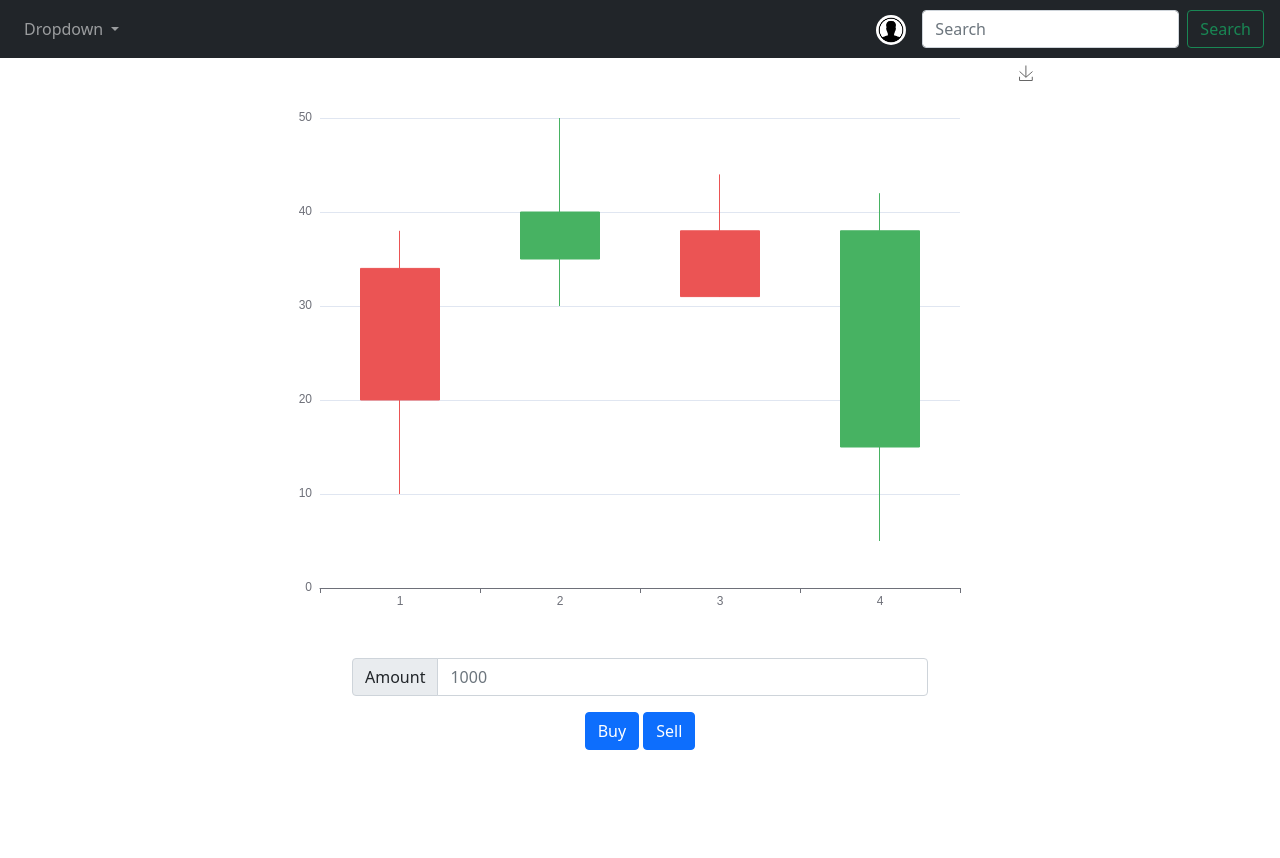
Repository: CSCI-3308-CU-Boulder/3308SP21_024_5
Page: Code/game.html
An editor plug-in stored every save of this project. The page is shown before and after the next save, followed by the edit.
The browser window is 1280 px wide. The pictures show the whole page.
The page's requests for data from a server got no answer. Some web libraries are served in a nearby version.

Above is the page before, as saved 2021-03-31 19:48:12.

After the next save:
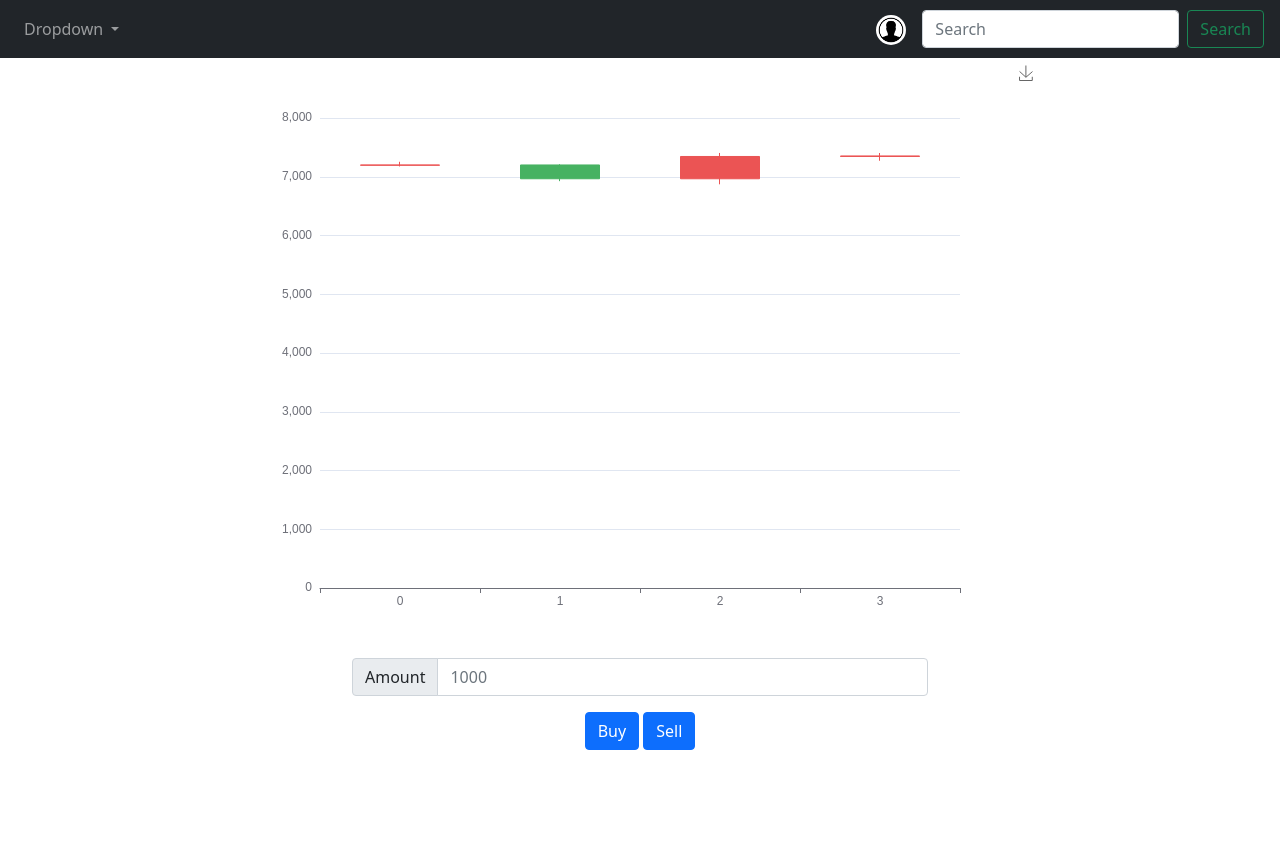
Saved 25 s later.
--- a/Code/game.html
+++ b/Code/game.html
@@ -59,19 +59,22 @@
             var toastList = toastElList.map(function (toastEl) {
             return new bootstrap.Toast(toastEl, option)
             })
+            var date = [0,1,2,3]
 
+                            //open, close, highest, lowest
 
-            var date = [1,2,3,4]
-                            //open, close, highest, lowest
-            var stock_data = [[20, 34, 10,38],
-                            [40, 35, 30, 50],
-                            [31, 38, 33, 44],
-                            [38, 15, 5, 42]]
+            var stock_data = [[7195.24, 7200.85, 7255, 7175.15],
+                            [7200.77, 6965.71, 7212.5, 6924.74],
+                            [6965.49, 7344.96, 7405, 6871.04],
+                            [7345, 7354.11, 7404, 7272.21]]
+            console.log(arrC)
+            var store_data = arrC
 			const myChart = echarts.init(document.getElementById('main'));
             myChart.resize({
                 width: 800,
                 height: 600
             })
+
 			 option = {
 				toolbox: { feature: { saveAsImage: {} } },
 				xAxis: { type: 'category', data: date },
@@ -88,16 +91,12 @@
             var sell_price;
             var buy_price;
             //generate random data and plot
+            var count_day = 4
             function painting(){
-                var temp = []
-                for(i = 0; i < 4; i++){
-                    temp.push(Math.random()*100)
-                }
-                sell_price = temp[2]//always sell at highest price
-                buy_price = temp[0]
-                stock_data.push(temp)
+                //setTimeout(myChart.setOption(option), 2000)
                 date.push(date[date.length-1] +1)
-                //setTimeout(myChart.setOption(option), 2000)
+                stock_data.push(store_data[count_day])
+                console.log(stock_data)
                 option = {
                     toolbox: { feature: { saveAsImage: {} } },
                     xAxis: { type: 'category', data: date },
@@ -110,19 +109,22 @@
                     ],
                 };
                 myChart.setOption(option);
+                count_day ++
             }
             //start buying stock, plot starts generated
             function startLoop(){
                 to_cancel = setInterval(painting,500)
-
+                buy_price = stock_data[count_day-1][0]
             }
             //sell the stock, painting stops
             function endLoop(){
+
                 clearInterval(to_cancel)
                 calProfit()
             }
             //calculate the profit
             function calProfit(){
+                sell_price = stock_data[count_day-1][1]
                 profit = 0
                 temp = document.getElementById("user-amount").value
                 if(!temp){
